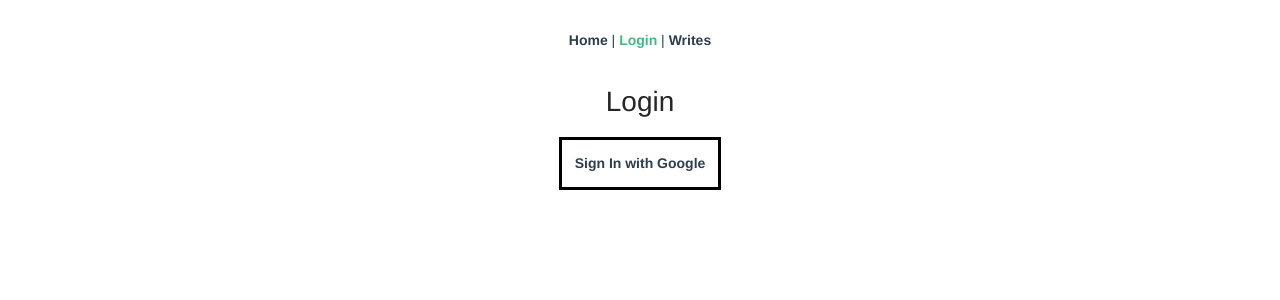
Repository: writesapp/mod
Page: /login
The author's editor kept a copy of each file at every save. The page is drawn from the files as they stood at one save, then again after the next save.
The browser window is 1280 px wide. The pictures show the whole page.
The project was rebuilt for these pictures with package versions that can differ from the ones it lists, and the page was loaded fresh each time. Also part of the build but not shown: src/views/Home.vue, src/views/Writes.vue.

Above is the page before, as saved 2020-07-09 13:11:12.

### src/main.js
import Antd from 'ant-design-vue';
import Vue from 'vue';
import App from './App.vue';
import './registerServiceWorker';
import router from './router';
import store from './store';
import 'ant-design-vue/dist/antd.css';

Vue.config.productionTip = false;
Vue.use(Antd);

new Vue({
  router,
  store,
  render: (h) => h(App),
}).$mount('#app');

### src/App.vue
<template>
  <div id="app">
    <div id="nav">
      <router-link to="/">Home</router-link> |
      <router-link to="/login">Login</router-link> |
      <router-link to="/writes">Writes</router-link>
    </div>
    <router-view/>
  </div>
</template>

<script>
import { auth } from '@/initFirebase';
import store from '@/store';

export default {
  name: "App",
  mounted() {
    auth.onAuthStateChanged((user) => store.dispatch("fetchUser", user));
  },
};
</script>

<style lang="scss">
#app {
  font-family: Avenir, Helvetica, Arial, sans-serif;
  -webkit-font-smoothing: antialiased;
  -moz-osx-font-smoothing: grayscale;
  text-align: center;
  color: #2c3e50;
}

#nav {
  padding: 30px;

  a {
    font-weight: bold;
    color: #2c3e50;

    &.router-link-exact-active {
      color: #42b983;
    }
  }
}
</style>

### src/router/index.js
import Vue from 'vue';
import VueRouter from 'vue-router';
import Home from '../views/Home.vue';
import Login from '../views/Login.vue';
import Writes from '../views/Writes.vue';

Vue.use(VueRouter);

const routes = [
  {
    path: '/',
    name: 'Home',
    component: Home,
  },
  {
    path: '/login',
    name: 'Login',
    // route level code-splitting
    // this generates a separate chunk (about.[hash].js) for this route
    // which is lazy-loaded when the route is visited.
    component: Login,
  },
  {
    path: '/writes',
    name: 'Writes',
    component: Writes,
  },
];

const router = new VueRouter({
  mode: 'history',
  base: process.env.BASE_URL,
  routes,
});

export default router;

### src/store/index.js
import Vue from 'vue';
import Vuex from 'vuex';

Vue.use(Vuex);

export default new Vuex.Store({
  state: {
    user: {
      loggedIn: false,
      data: null,
    },
  },
  mutations: {
    setLoggedState(state, value) {
      state.user.loggedIn = value;
    },
    setUser(state, data) {
      state.user.data = data;
    },
  },
  actions: {
    fetchUser({ commit }, user) {
      commit("setLoggedState", user !== null);
      if (user) {
        commit("setUser", {
          displayName: user.displayName,
          email: user.email,
        });
      } else {
        commit("setUser", null);
      }
    },
  },
});

### src/initFirebase.js
import firebase from 'firebase';

const configOptions = {
  apiKey: "AIzaSyBe23vGrWbbtK6cWQflEewoDvTBtKWQEBM",
  authDomain: "test-project-116cf.firebaseapp.com",
  databaseURL: "https://test-project-116cf.firebaseio.com",
  projectId: "test-project-116cf",
  storageBucket: "test-project-116cf.appspot.com",
  messagingSenderId: "507446435196",
  appId: "1:507446435196:web:8a13dc8c60ddcf65e058f9",
  measurementId: "G-H01LY21GK7",
};

firebase.initializeApp(configOptions);

export const auth = firebase.auth();
export const googleProvider = new firebase.auth.GoogleAuthProvider();

### src/views/Login.vue
<template>
  <div class="login">
    <h1>Login</h1>
    <SigninButton @click.native="login()"></SigninButton>
  </div>
</template>

<script>
import { auth, googleProvider } from '@/initFirebase';
import SigninButton from '@/components/SigninButton.vue';
import store from '@/store';

export default {
  name: 'Login',
  components: {
    SigninButton,
  },
  mounted() {
    if (this.$store.state.user.loggedIn) this.$router.push('/');
  },
  methods: {
    login() {
      auth.signInWithPopup(googleProvider)
        .then((result) => {
          store.dispatch("fetchUser", result.user);
          this.$router.push('/');
        })
        .catch((err) => alert(`Something went wrong: ${err.message}`));
    },
  },
};
</script>

### src/components/SigninButton.vue
<template>
  <button>Sign In with Google</button>
</template>

<script>
export default {
  name: 'SigninButton',
};
</script>

<style lang="scss" scoped>
  button {
    border: 3px solid black;
    background: none;
    position: relative;
    padding: 13px;
    font-weight: bold;
    font-size: 1em;

    transition: color .3s ease-out;

    &::after {
      content: '';
      top: 0;
      left: 0;
      z-index: -1;
      position: absolute;
      width: 100%;
      height: 100%;
      background-color:darkorchid;

      transform: scaleX(0);
      transition: transform .3s ease-out;
    }

    &:hover {
      color: white;
      cursor: pointer;
    }

    &:hover::after {
      transform: scaleX(1);
    }
  }
</style>

Loaded but not shown: public/index.html (common file); src/registerServiceWorker.js (common file)

After the next save:
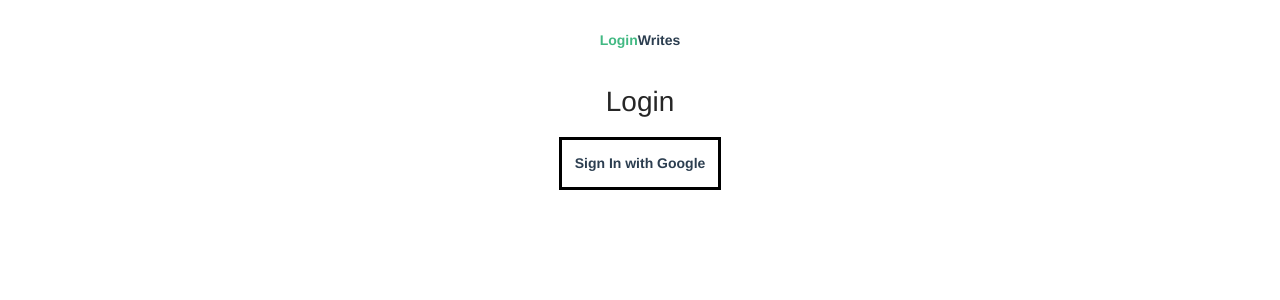
Saved 3 min 33 s later.
--- a/src/App.vue
+++ b/src/App.vue
@@ -1,8 +1,7 @@
 <template>
   <div id="app">
     <div id="nav">
-      <router-link to="/">Home</router-link> |
-      <router-link to="/login">Login</router-link> |
+      <router-link to="/login">Login</router-link>
       <router-link to="/writes">Writes</router-link>
     </div>
     <router-view/>
